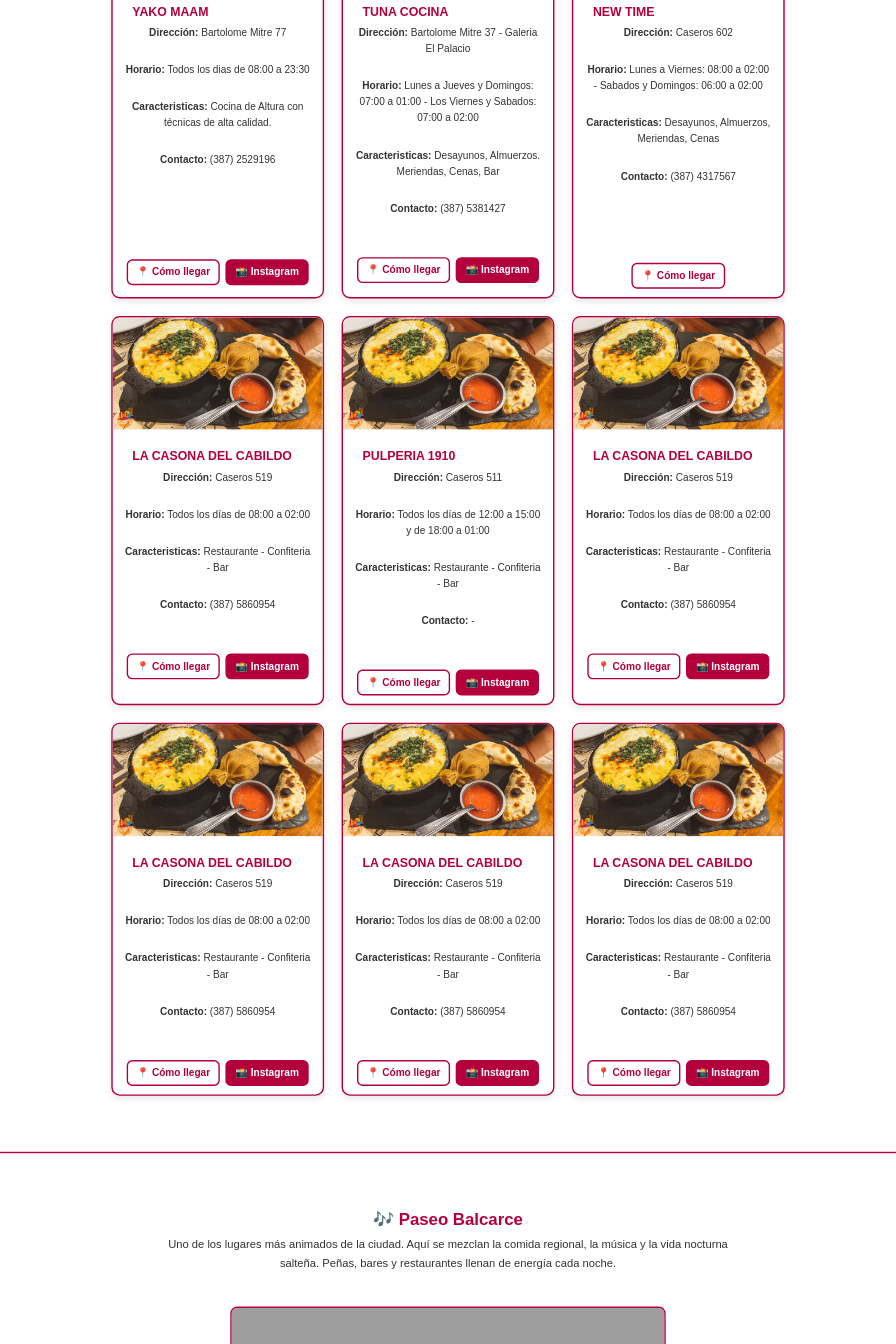
Repository: nahir95/come-en-salta
Page: restaurantes.html
These files come from the project's save history. The page is drawn as it stood at one moment and after the next save; the edit follows.
The browser window is 1280 px wide. The pictures show the part of the page from y = 1319 to 3239 px (the page is 6195 px tall), at 70% of full size.
Pictures or frames that could not be fetched are drawn as grey boxes.

Above is the page before, as saved 2025-11-12 02:34:10.

### restaurantes.html
<!doctype html>
<html lang="es">
<head>
  <meta charset="utf-8" />
  <meta name="viewport" content="width=device-width, initial-scale=1" />
  <title>Restaurantes - Comé en Salta</title>
  <link rel="stylesheet" href="style.css">
</head>

<body>
  <header>
    <h1>Comé en Salta</h1>
    <nav>
      <a href="index.html">Inicio</a>
      <a href="restaurantes.html">Restaurantes</a>
      <a href="penas.html">Peñas</a>
      <a href="#contacto">Contacto</a>
    </nav>
  </header>

  <main class="restaurantes">
    <section class="intro">
      <h2>Los mejores lugares para disfrutar en Salta</h2>
      <p>Explorá los sabores salteños en cada rincón de la ciudad. Desde el corazón histórico hasta los paseos más modernos, la gastronomía local te invita a vivir experiencias únicas.</p>
    </section>

    <!-- PLAZA 9 DE JULIO -->
<section id="plaza9" class="zona">
  <h2>🍽️ Plaza 9 de Julio</h2>
  <p>El corazón histórico de Salta ofrece restaurantes con encanto colonial, ideales para disfrutar de la gastronomía local frente a la plaza principal.</p>

  <div class="zona-grid">

    <!-- Restaurante 1 -->
    <article class="card restaurante">
      <img src="imagenes/cafe-catedral.jpeg" alt="El Solar del Convento">
      <div class="card-content">
        <h3>CAFE CATEDRAL</h3>
        <p><strong>Dirección:</strong> Bartolomé Mitre 95</p>
        <p><strong>Horarios:</strong> Lunes a Viernes: 7:00 a 22:00 - Sabado: 7:00 a 14:00</p>
        <p><strong>Caracteristicas:</strong> Desayunos, Almuerzos, Meriendas</p>
        <p><strong>Contacto:</strong> (387) 4317756 - (387) 5323658</p>
        <div class="btns-resto">
          <a href="https://maps.app.goo.gl/VMKrjFsvunXBDcr2A" target="_blank" class="btn">📍 Cómo llegar</a>
          <a href="https://www.instagram.com/cafecatedral_?igsh=MnE1amYwa3dqeDF6" target="_blank" class="btn btn-secundario">📸 Instagram</a>
        </div>
      </div>
    </article>

    <!-- Restaurante 2 -->
    <article class="card restaurante">
      <img src="https://images.unsplash.com/photo-1565299624946-b28f40a0ae38?w=800" alt="Fritito">
      <div class="card-content">
        <h3>FRITITO</h3>
        <p><strong>Dirección:</strong> Bartolome Mitre 85</p>
        <p><strong>Horario:</strong> Todos los días de 10:00 a 23:00</p>
        <p><strong>Caracteristicas:</strong> Comidas Rapidas - Fries & Burger</p>
        <p><strong>Contacto:</strong> (387) 5742741</p> <br> <br>
        <div class="btns-resto">
          <a href="https://maps.app.goo.gl/fA5zTu5r4aBTFWrC6?g_st=aw" target="_blank" class="btn">📍 Cómo llegar</a>
          <a href="https://www.instagram.com/fritito.salta?igsh=MXFieXNvZHdlZHZzZg==" target="_blank" class="btn btn-secundario">📸 Instagram</a>
        </div>
      </div>
    </article>

    <!-- Restaurante 3 -->
     <article class="card restaurante">
      <img src="imagenes/carrusel-1.jpg" alt="El Wey">
      <div class="card-content">
        <h3>EL WEY</h3>
        <p><strong>Dirección:</strong> Bartolome Mitre 81</p>
        <p><strong>Horario:</strong> Todos los días de 12:00 a 16:00 y de 19:00 a 00:00</p>
        <p><strong>Caracteristicas:</strong> Comida Mexicana: Tacos</p>
        <p><strong>Contacto:</strong> (387) 5157868</p> <br>
        <div class="btns-resto">
          <a href="https://maps.app.goo.gl/HWUzTfTShyvQshCx5?g_st=aw" target="_blank" class="btn">📍 Cómo llegar</a>
          <a href="https://www.instagram.com/el_wey_tacos?igsh=Mzk2ZTZzdmM3N3g5" target="_blank" class="btn btn-secundario">📸 Instagram</a>
        </div>
      </div>
     </article>

     <!-- Restaurante 4 -->
      <article class="card restaurante">
        <img src="imagenes/cafe-catedral.jpeg" alt="Yako">
        <div class="card-content">
          <h3>YAKO MAAM</h3>
          <P><strong>Dirección:</strong> Bartolome Mitre 77</P>
          <p><strong>Horario:</strong> Todos los dias de 08:00 a 23:30</p>
          <p><strong>Caracteristicas:</strong> Cocina de Altura con técnicas de alta calidad.</p>
          <p><strong>Contacto:</strong> (387) 2529196</p> <br> <br> <br> <br> <br>
           <div class="btns-resto">
          <a href="https://maps.app.goo.gl/gud9KhsUfRgktwaAA?g_st=aw" target="_blank" class="btn">📍 Cómo llegar</a>
          <a href="https://www.instagram.com/yako.maam?igsh=ZW82NnRrNmltaHpj" target="_blank" class="btn btn-secundario">📸 Instagram</a>
        </div>
        </div>
      </article>

       <!-- Restaurante 5 -->
     <article class="card restaurante">
      <img src="imagenes/carrusel-1.jpg" alt="Tuna Cocina">
      <div class="card-content">
        <h3>TUNA COCINA</h3>
        <p><strong>Dirección:</strong> Bartolome Mitre 37 - Galeria El Palacio</p>
        <p><strong>Horario:</strong> Lunes a Jueves y Domingos: 07:00 a 01:00 - Los Viernes y Sabados: 07:00 a 02:00</p>
        <p><strong>Caracteristicas:</strong> Desayunos, Almuerzos. Meriendas, Cenas, Bar</p>
        <p><strong>Contacto:</strong> (387) 5381427</p> <br>
        <div class="btns-resto">
          <a href="https://maps.app.goo.gl/PCjznmCm7fmgmqhf8?g_st=aw" target="_blank" class="btn">📍 Cómo llegar</a>
          <a href="https://www.instagram.com/tunacocina?igsh=bWRpaGdxN2wyMXRj" target="_blank" class="btn btn-secundario">📸 Instagram</a>
        </div>
      </div>
     </article>

      <!-- Restaurante 6 -->
     <article class="card restaurante">
      <img src="imagenes/carrusel-1.jpg" alt="New Time">
      <div class="card-content">
        <h3>NEW TIME</h3>
        <p><strong>Dirección:</strong> Caseros 602</p>
        <p><strong>Horario:</strong> Lunes a Viernes: 08:00 a 02:00 - Sabados y Domingos: 06:00 a 02:00</p>
        <p><strong>Caracteristicas:</strong> Desayunos, Almuerzos, Meriendas, Cenas</p>
        <p><strong>Contacto:</strong> (387) 4317567</p> <br> <br> <br> <br>
        <div class="btns-resto">
          <a href="https://maps.app.goo.gl/SDz5q4yyxKZGqRi97?g_st=aw" target="_blank" class="btn">📍 Cómo llegar</a>
        </div>
      </div>
     </article>

      <!-- Restaurante 7 -->
     <article class="card restaurante">
      <img src="imagenes/carrusel-1.jpg" alt="La Casona del Cabildo">
      <div class="card-content">
        <h3>LA CASONA DEL CABILDO</h3>
        <p><strong>Dirección:</strong> Caseros 519</p>
        <p><strong>Horario:</strong> Todos los días de 08:00 a 02:00</p>
        <p><strong>Caracteristicas:</strong> Restaurante - Confiteria - Bar</p>
        <p><strong>Contacto:</strong> (387) 5860954</p> <br>
        <div class="btns-resto">
          <a href="https://maps.app.goo.gl/SqyFGXWdCELtACJa8?g_st=aw" target="_blank" class="btn">📍 Cómo llegar</a>
          <a href="https://www.instagram.com/lacasonadelcabildo?igsh=MThnNnZqaWN6cmZneg==" target="_blank" class="btn btn-secundario">📸 Instagram</a>
        </div>
      </div>
     </article>

      <!-- Restaurante 8 -->
     <article class="card restaurante">
      <img src="imagenes/carrusel-1.jpg" alt="Pulperia 1910">
      <div class="card-content">
        <h3>PULPERIA 1910</h3>
        <p><strong>Dirección:</strong> Caseros 511</p>
        <p><strong>Horario:</strong> Todos los días de 12:00 a 15:00 y de 18:00 a 01:00</p>
        <p><strong>Caracteristicas:</strong> Restaurante - Confiteria - Bar</p>
        <p><strong>Contacto:</strong> - </p> <br>
        <div class="btns-resto">
          <a href="https://maps.app.goo.gl/pwbjSTetp75Qohrx8?g_st=aw" target="_blank" class="btn">📍 Cómo llegar</a>
          <a href="https://www.instagram.com/pulperia.1910?igsh=dnhlMGJxeWgxdmh1" target="_blank" class="btn btn-secundario">📸 Instagram</a>
        </div>
      </div>
     </article>

      <!-- Restaurante 9 -->
     <article class="card restaurante">
      <img src="imagenes/carrusel-1.jpg" alt="La Casona del Cabildo">
      <div class="card-content">
        <h3>LA CASONA DEL CABILDO</h3>
        <p><strong>Dirección:</strong> Caseros 519</p>
        <p><strong>Horario:</strong> Todos los días de 08:00 a 02:00</p>
        <p><strong>Caracteristicas:</strong> Restaurante - Confiteria - Bar</p>
        <p><strong>Contacto:</strong> (387) 5860954</p> <br>
        <div class="btns-resto">
          <a href="https://maps.app.goo.gl/SqyFGXWdCELtACJa8?g_st=aw" target="_blank" class="btn">📍 Cómo llegar</a>
          <a href="https://www.instagram.com/lacasonadelcabildo?igsh=MThnNnZqaWN6cmZneg==" target="_blank" class="btn btn-secundario">📸 Instagram</a>
        </div>
      </div>
     </article>

      <!-- Restaurante 10 -->
     <article class="card restaurante">
      <img src="imagenes/carrusel-1.jpg" alt="La Casona del Cabildo">
      <div class="card-content">
        <h3>LA CASONA DEL CABILDO</h3>
        <p><strong>Dirección:</strong> Caseros 519</p>
        <p><strong>Horario:</strong> Todos los días de 08:00 a 02:00</p>
        <p><strong>Caracteristicas:</strong> Restaurante - Confiteria - Bar</p>
        <p><strong>Contacto:</strong> (387) 5860954</p> <br>
        <div class="btns-resto">
          <a href="https://maps.app.goo.gl/SqyFGXWdCELtACJa8?g_st=aw" target="_blank" class="btn">📍 Cómo llegar</a>
          <a href="https://www.instagram.com/lacasonadelcabildo?igsh=MThnNnZqaWN6cmZneg==" target="_blank" class="btn btn-secundario">📸 Instagram</a>
        </div>
      </div>
     </article>

      <!-- Restaurante 11 -->
     <article class="card restaurante">
      <img src="imagenes/carrusel-1.jpg" alt="La Casona del Cabildo">
      <div class="card-content">
        <h3>LA CASONA DEL CABILDO</h3>
        <p><strong>Dirección:</strong> Caseros 519</p>
        <p><strong>Horario:</strong> Todos los días de 08:00 a 02:00</p>
        <p><strong>Caracteristicas:</strong> Restaurante - Confiteria - Bar</p>
        <p><strong>Contacto:</strong> (387) 5860954</p> <br>
        <div class="btns-resto">
          <a href="https://maps.app.goo.gl/SqyFGXWdCELtACJa8?g_st=aw" target="_blank" class="btn">📍 Cómo llegar</a>
          <a href="https://www.instagram.com/lacasonadelcabildo?igsh=MThnNnZqaWN6cmZneg==" target="_blank" class="btn btn-secundario">📸 Instagram</a>
        </div>
      </div>
     </article>

      <!-- Restaurante 12 -->
     <article class="card restaurante">
      <img src="imagenes/carrusel-1.jpg" alt="La Casona del Cabildo">
      <div class="card-content">
        <h3>LA CASONA DEL CABILDO</h3>
        <p><strong>Dirección:</strong> Caseros 519</p>
        <p><strong>Horario:</strong> Todos los días de 08:00 a 02:00</p>
        <p><strong>Caracteristicas:</strong> Restaurante - Confiteria - Bar</p>
        <p><strong>Contacto:</strong> (387) 5860954</p> <br>
        <div class="btns-resto">
          <a href="https://maps.app.goo.gl/SqyFGXWdCELtACJa8?g_st=aw" target="_blank" class="btn">📍 Cómo llegar</a>
          <a href="https://www.instagram.com/lacasonadelcabildo?igsh=MThnNnZqaWN6cmZneg==" target="_blank" class="btn btn-secundario">📸 Instagram</a>
        </div>
      </div>
     </article>




  </div>
</section>


    <!-- PASEO BALCARCE -->
    <section id="balcarce" class="zona">
      <h2>🎶 Paseo Balcarce</h2>
      <p>Uno de los lugares más animados de la ciudad. Aquí se mezclan la comida regional, la música y la vida nocturna salteña. Peñas, bares y restaurantes llenan de energía cada noche.</p>

      <div class="zona-grid">
        <article class="card">
          <img src="https://images.unsplash.com/photo-1528605248644-14dd04022da1?w=800" alt="Paseo Balcarce Salta">
          <h3>La Vieja Estación</h3>
          <p>Tradicional peña y restaurante con show en vivo. Ideal para probar empanadas y locro.</p>
        </article>
        <article class="card">
          <img src="https://images.unsplash.com/photo-1600891964599-f61ba0e24092?w=800" alt="Restaurante moderno en Balcarce">
          <h3>La Monumental</h3>
          <p>Restaurante moderno con opciones gourmet y coctelería de autor.</p>
        </article>
      </div>
    </section>

    <!-- PASEO GÜEMES -->
    <section id="guemes" class="zona">
      <h2>🍷 Paseo Güemes</h2>
      <p>La zona joven y moderna de Salta. Ideal para quienes buscan cocina contemporánea, bares y terrazas con estilo. Un punto de encuentro entre turistas y locales.</p>

      <div class="zona-grid">
        <article class="card">
          <img src="https://images.unsplash.com/photo-1615719413546-198b25453f85?w=800" alt="Paseo Güemes">
          <h3>El Charrúa</h3>
          <p>Especialidad en carnes a la parrilla y vinos de altura. Un clásico salteño imperdible.</p>
        </article>
        <article class="card">
          <img src="https://images.unsplash.com/photo-1551218808-94e220e084d2?w=800" alt="Café moderno">
          <h3>Baco Resto Bar</h3>
          <p>Ambiente moderno y excelente coctelería, ideal para compartir entre amigos.</p>
        </article>
      </div>
    </section>

    <!-- CADENAS DE COMIDAS RÁPIDAS -->
    <section id="rapidas" class="zona">
      <h2>🍔 Cadenas de Comidas Rápidas</h2>
      <p>También hay opciones para quienes buscan algo rápido y conocido. Las principales cadenas se encuentran cerca del centro y los shoppings.</p>

      <ul class="lista-rapidas">
        <li>McDonald’s – Shopping Alto NOA</li>
        <li>Burger King – Caseros 500</li>
        <li>Mostaza – Paseo Güemes</li>
        <li>Subway – Balcarce 50</li>
      </ul>
    </section>

    <!-- EXTRA: RESTAURANTES DESTACADOS -->
    <section id="destacados" class="zona">
      <h2>⭐ Recomendados por los turistas</h2>
      <p>Según visitantes y locales, estos son algunos de los restaurantes imperdibles para vivir la experiencia completa de la gastronomía salteña.</p>
      <div class="zona-grid">
        <article class="card">
          <img src="https://images.unsplash.com/photo-1504674900247-0877df9cc836?w=800" alt="Empanadas salteñas">
          <h3>Doña Salta</h3>
          <p>Empanadas caseras, locro y guisos típicos en un ambiente colonial.</p>
        </article>
        <article class="card">
          <img src="https://images.unsplash.com/photo-1601924582971-c8b28a3a13f1?w=800" alt="Locro salteño">
          <h3>El Patio de la Empanada</h3>
          <p>Conocido por su sabor auténtico y precios populares. Ideal para turistas.</p>
        </article>
      </div>
    </section>
  </main>

  <footer>
    Creado con ❤️ por Comé en Salta · 2025
  </footer>
</body>
</html>

### style.css
/* ==========================
   ESTILOS GENERALES
========================== */
body {
  margin: 0;
  font-family: 'Poppins', sans-serif;
  background-color: #fff;
  color: #000;
}

/* ==========================
   HEADER
========================== */
header {
  display: flex;
  justify-content: space-between;
  align-items: center;
  background-color: #fff;
  padding: 15px 30px;
  border-bottom: 3px solid #b3003c;
}

header h1 {
  color: #b3003c;
  font-size: 1.6rem;
}

nav {
  display: flex;
  gap: 25px;
}

nav a {
  text-decoration: none;
  color: #000;
  font-weight: 600;
  transition: color 0.3s ease;
}

nav a:hover {
  color: #b3003c;
}

/* ==========================
   CARRUSEL (HERO)
========================== */
.hero {
  position: relative;
  width: 100%;
  overflow: hidden;
}

.carousel-container {
  position: relative;
  width: 100%;
  height: 80vh;
}

.carousel {
  display: flex;
  width: 300%;
  transition: transform 0.8s ease-in-out;
}

.carousel img {
  width: 100%;
  height: 80vh;
  object-fit: cover;
  filter: brightness(0.7);
}

/* Botones del carrusel */
.btn-carrusel {
  position: absolute;
  top: 50%;
  transform: translateY(-50%);
  background-color: rgba(179, 0, 60, 0.8);
  color: white;
  border: none;
  font-size: 2rem;
  padding: 10px 15px;
  cursor: pointer;
  border-radius: 50%;
  transition: background 0.3s ease;
}

.btn-carrusel:hover {
  background-color: #b3003c;
}

#prev { left: 20px; }
#next { right: 20px; }

/* Texto sobre el carrusel */
.overlay {
  position: absolute;
  top: 50%;
  left: 50%;
  transform: translate(-50%, -50%);
  color: white;
  text-align: center;
  text-shadow: 0 2px 5px rgba(0,0,0,0.7);
}

.overlay h2 {
  font-size: 2rem;
  color: #fff;
  margin-bottom: 10px;
}

.overlay p {
  font-size: 1.2rem;
}

/* ==========================
   SECCIÓN INICIO
========================== */
.inicio {
  text-align: center;
  padding: 80px 20px;
  background-color: #fff;
}

.inicio h2 {
  color: #b3003c;
  font-size: 2rem;
  margin-bottom: 15px;
}

.inicio p {
  max-width: 800px;
  margin: 0 auto 30px auto;
  color: #333;
  line-height: 1.6;
}

/* BOTONES PRINCIPALES */
.inicio-buttons .btn {
  display: inline-block;
  margin: 10px;
  padding: 12px 24px;
  border: 2px solid #b3003c;
  border-radius: 8px;
  color: #b3003c;
  background: transparent;
  text-decoration: none;
  font-weight: 600;
  transition: all 0.3s ease;
}

.inicio-buttons .btn:hover {
  background: #b3003c;
  color: white;
}
/* ==========================
   SECCIÓN "POR QUÉ COMER EN SALTA"
========================== */
.porque {
  text-align: center;
  padding: 60px 20px;
  background-color: #f7f7f7;
  border-top: 2px solid #b3003c;
  border-bottom: 2px solid #b3003c;
}

.porque h2 {
  color: #b3003c;
  margin-bottom: 15px;
}

.porque p {
  max-width: 800px;
  margin: auto;
  font-size: 1.1rem;
  color: #333;
  line-height: 1.6;
}

/* ==========================
   SABORES
========================== */
.sabores {
  padding: 60px 20px;
  background-color: #fff;
  text-align: center;
}

.sabores h2 {
  color: #b3003c;
  margin-bottom: 25px;
}

.sabores-grid {
  display: grid;
  grid-template-columns: repeat(auto-fit, minmax(220px, 1fr));
  gap: 25px;
}

.plato {
  background: #fff;
  border-radius: 12px;
  border: 2px solid #b3003c;
  overflow: hidden;
  transition: transform 0.3s ease, box-shadow 0.3s ease;
}

.plato:hover {
  transform: scale(1.05);
  box-shadow: 0 4px 12px rgba(0,0,0,0.15);
}

.plato img {
  width: 100%;
  height: 160px;
  object-fit: cover;
}

.plato h3 {
  padding: 12px;
  color: #b3003c;
}

/* ==========================
   FRASE FINAL
========================== */
.frase {
  background: #b3003c;
  color: white;
  text-align: center;
  padding: 40px 10px;
  font-style: italic;
  font-size: 1.2rem;
}

/* ==========================
   FOOTER
========================== */
footer {
  background-color: #fff;
  color: #333;
  text-align: center;
  padding: 20px;
  border-top: 3px solid #b3003c;
  font-weight: 500;
}
.carousel-container {
  position: relative;
  overflow: hidden;
  width: 100%;
  height: 400px;
}

.carousel {
  display: flex;
  transition: transform 1s ease;
  width: 100%;
  height: 100%;
}

.carousel img {
  flex: 0 0 100%;
  width: 100%;
  height: 100%;
  object-fit: cover;
}
/* ==========================
   RESTAURANTES
========================== */
.restaurantes .intro {
  text-align: center;
  padding: 60px 20px;
}

.restaurantes .intro h2 {
  color: #b3003c;
  margin-bottom: 10px;
}

.restaurantes .zona {
  padding: 60px 20px;
  border-top: 2px solid #b3003c;
  background-color: #fff;
}

.restaurantes .zona h2 {
  color: #b3003c;
  margin-bottom: 10px;
  text-align: center;
}

.restaurantes .zona p {
  text-align: center;
  max-width: 800px;
  margin: 0 auto 30px auto;
  line-height: 1.6;
  color: #333;
}

.zona-grid {
  display: grid;
  grid-template-columns: repeat(auto-fit, minmax(250px, 1fr));
  gap: 25px;
}

.card {
  background: #fff;
  border: 2px solid #b3003c;
  border-radius: 10px;
  overflow: hidden;
  transition: transform 0.3s ease, box-shadow 0.3s ease;
}

.card:hover {
  transform: scale(1.05);
  box-shadow: 0 4px 12px rgba(0,0,0,0.15);
}

.card img {
  width: 100%;
  height: 180px;
  object-fit: cover;
}

.card h3 {
  margin: 12px;
  color: #b3003c;
}

.card p {
  margin: 0 12px 15px 12px;
  color: #333;
}

.lista-rapidas {
  max-width: 600px;
  margin: 0 auto;
  list-style: none;
  padding: 0;
  text-align: center;
}

.lista-rapidas li {
  background: #f8f8f8;
  border: 1px solid #b3003c;
  padding: 10px;
  border-radius: 6px;
  margin-bottom: 8px;
  color: #333;
  transition: background 0.3s;
}

.lista-rapidas li:hover {
  background: #b3003c;
  color: white;
}
/* === Contenedor general de las tarjetas === */
.zona-grid {
  display: flex;
  flex-wrap: wrap;
  justify-content: center; /* 🔹 centra todas las tarjetas */
  gap: 25px; /* espacio entre tarjetas */
  max-width: 1000px; /* 🔹 limita el ancho total del grid */
  margin: 0 auto; /* centra el bloque en la página */
  padding: 20px;
}

/* === Tarjetas de restaurantes === */
.restaurante {
  background: #fff;
  border: 2px solid #b3003c;
  border-radius: 12px;
  overflow: hidden;
  flex: 1 1 calc(33.333% - 40px); /* 🔹 3 por fila con espacio */
  max-width: 300px; /* evita que crezcan demasiado */
  box-shadow: 0 4px 10px rgba(0,0,0,0.1);
  transition: transform 0.3s ease, box-shadow 0.3s ease;
}

.restaurante:hover {
  transform: translateY(-5px);
  box-shadow: 0 6px 16px rgba(0,0,0,0.15);
}

.restaurante img {
  width: 100%;
  height: 160px;
  object-fit: cover;
}

.restaurante .card-content {
  padding: 12px 16px;
}

.restaurante h3 {
  color: #b3003c;
  font-size: 1.1rem;
  margin-bottom: 8px;
}

.restaurante p {
  color: #333;
  margin: 4px 0;
  font-size: 0.9rem;
}

/* === Botones === */
.btns-resto {
  display: flex;
  justify-content: center;
  gap: 8px;
  margin-top: 10px;
  flex-wrap: wrap;
}

.btns-resto .btn {
  display: inline-block;
  text-align: center;
  padding: 8px 12px;
  border: 2px solid #b3003c;
  border-radius: 8px;
  text-decoration: none;
  color: #b3003c;
  font-weight: 600;
  transition: all 0.3s ease;
  font-size: 0.9rem;
}

.btns-resto .btn:hover {
  background: #b3003c;
  color: #fff;
}

.btns-resto .btn-secundario {
  background: #b3003c;
  color: #fff;
}

.btns-resto .btn-secundario:hover {
  background: transparent;
  color: #b3003c;
}

After the next save:
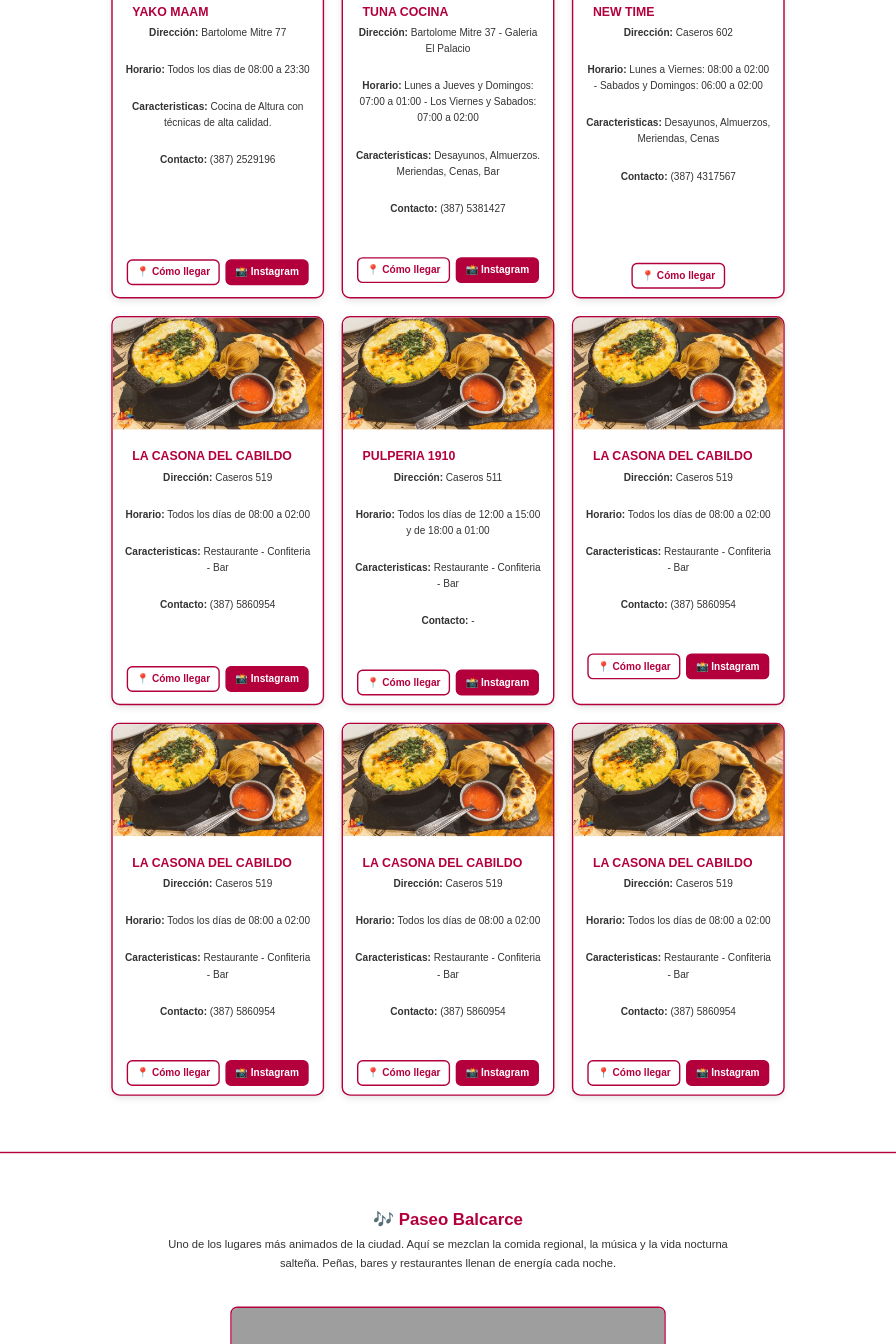
Saved 25 s later.
--- a/restaurantes.html
+++ b/restaurantes.html
@@ -134,7 +134,7 @@
         <p><strong>Dirección:</strong> Caseros 519</p>
         <p><strong>Horario:</strong> Todos los días de 08:00 a 02:00</p>
         <p><strong>Caracteristicas:</strong> Restaurante - Confiteria - Bar</p>
-        <p><strong>Contacto:</strong> (387) 5860954</p> <br>
+        <p><strong>Contacto:</strong> (387) 5860954</p> <br> <br>
         <div class="btns-resto">
           <a href="https://maps.app.goo.gl/SqyFGXWdCELtACJa8?g_st=aw" target="_blank" class="btn">📍 Cómo llegar</a>
           <a href="https://www.instagram.com/lacasonadelcabildo?igsh=MThnNnZqaWN6cmZneg==" target="_blank" class="btn btn-secundario">📸 Instagram</a>
